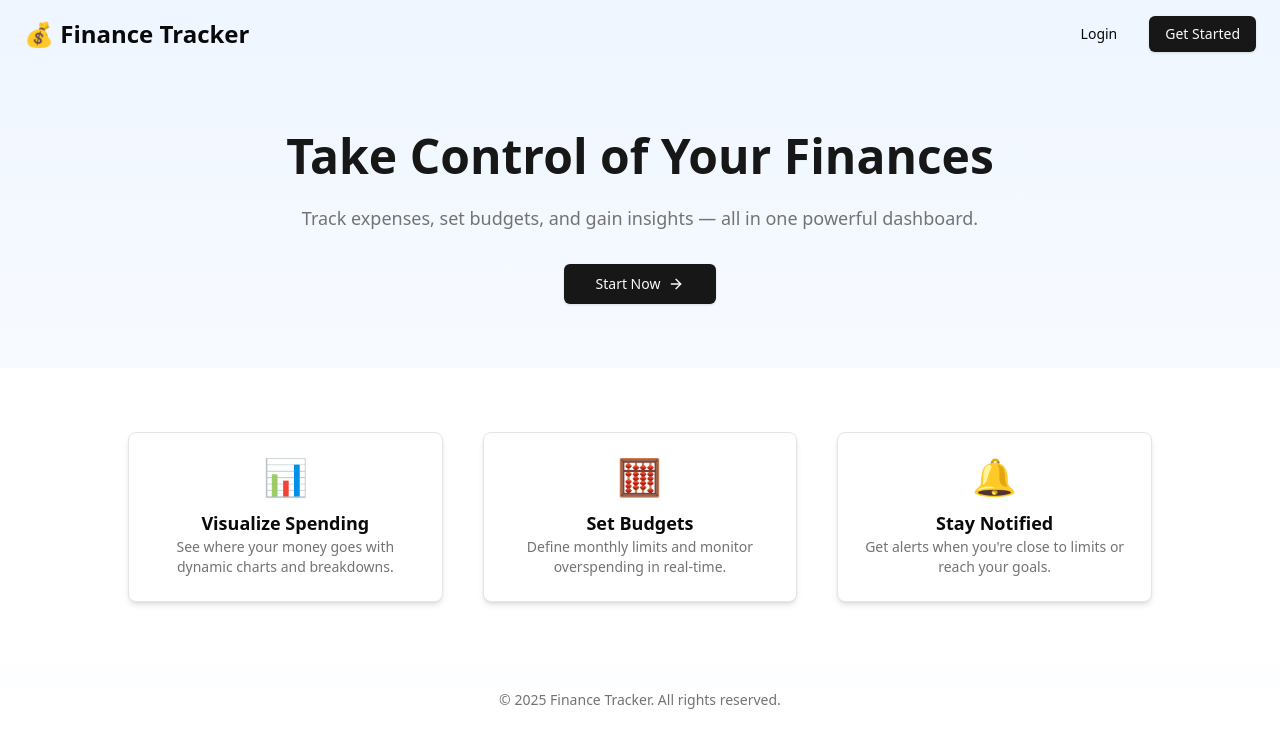
Repository: ruthvik-mt/Trackifi
Page: / (app in frontend/)
These files come from the project's save history. The page is drawn as it stood at one moment and after the next save; the edit follows.
The browser window is 1280 px wide. The pictures show the whole page.
The project was rebuilt for these pictures with package versions that can differ from the ones it lists, and the page was loaded fresh each time. Also part of the build but not shown: frontend/vite.config.ts, frontend/src/hooks/useAuth.ts, frontend/src/pages/Auth/Login.tsx, frontend/src/pages/Auth/Register.tsx, frontend/src/components/Sidebar.tsx, frontend/src/components/Navbar.tsx, frontend/src/pages/Dashboard/Layout.tsx, frontend/src/pages/Dashboard/Dashboard.tsx and 19 more.

Above is the page before, as saved 2025-07-14 14:43:44.

### frontend/index.html
<!DOCTYPE html>
<html lang="en">
  <head>
    <meta charset="UTF-8" />
    <title>Finance Tracker</title>
  </head>
  <body>
    <div id="root"></div>
    <script type="module" src="/src/main.tsx"></script>
  </body>
</html>

### frontend/src/main.tsx
// import React from "react";
// import ReactDOM from "react-dom/client";
// import App from "./App";
// import "./tailwind.css";

// import { BrowserRouter as Router } from "react-router-dom";
// import { AuthProvider } from "./context/AuthProvider";

// ReactDOM.createRoot(document.getElementById("root")!).render(
//   <React.StrictMode>
//     <Router>
//       <AuthProvider>
//         <App />
//       </AuthProvider>
//     </Router>
//   </React.StrictMode>
// );

import React from "react";
import ReactDOM from "react-dom/client";
import App from "./App";
import "./tailwind.css";
import { AuthProvider } from "./context/AuthProvider";
import { BrowserRouter as Router } from "react-router-dom"; // ✅ Add this

ReactDOM.createRoot(document.getElementById("root")!).render(
  <React.StrictMode>
    <Router> {/* ✅ Wrap everything with Router */}
      <AuthProvider>
        <App />
      </AuthProvider>
    </Router>
  </React.StrictMode>
);

### frontend/src/App.tsx
import { Routes, Route, Navigate } from "react-router-dom";
import Login from "./pages/Auth/Login";
import Register from "./pages/Auth/Register";
import Dashboard from "./pages/Dashboard/Dashboard";
import CategoryList from "./pages/Categories/CategoryList";
import TransactionList from "./pages/Transactions/TransactionList";
import BudgetList from "./pages/Budgets/BudgetList";
import MonthlyTotal from "./pages/Insights/MonthlyTotal";
import CategoryBreakdown from "./pages/Insights/CategoryBreakdown";
import BudgetComparison from "./pages/Insights/BudgetComparison";
import ProtectedRoute from "./components/ProtectedRoute";
import LandingPage from "./pages/LandingPage"; // ✅ Add this import

export default function App() {
  return (
    <Routes>
      {/* Landing Page */}
      <Route path="/" element={<LandingPage />} /> {/* ✅ New route */}

      {/* Auth Routes */}
      <Route path="/login" element={<Login />} />
      <Route path="/register" element={<Register />} />

      {/* Protected Routes */}
      <Route
        path="/dashboard"
        element={
          <ProtectedRoute>
            <Dashboard />
          </ProtectedRoute>
        }
      />
      <Route
        path="/categories"
        element={
          <ProtectedRoute>
            <CategoryList />
          </ProtectedRoute>
        }
      />
      <Route
        path="/transactions"
        element={
          <ProtectedRoute>
            <TransactionList />
          </ProtectedRoute>
        }
      />
      <Route
        path="/budgets"
        element={
          <ProtectedRoute>
            <BudgetList />
          </ProtectedRoute>
        }
      />
      <Route
        path="/insights/monthly-total"
        element={
          <ProtectedRoute>
            <MonthlyTotal />
          </ProtectedRoute>
        }
      />
      <Route
        path="/insights/category-breakdown"
        element={
          <ProtectedRoute>
            <CategoryBreakdown />
          </ProtectedRoute>
        }
      />
      <Route
        path="/insights/budget-comparison"
        element={
          <ProtectedRoute>
            <BudgetComparison />
          </ProtectedRoute>
        }
      />

      {/* Fallback Route */}
      <Route path="*" element={<Navigate to="/" />} /> {/* ✅ Updated from "/login" to "/" */}
    </Routes>
  );
}

### frontend/src/tailwind.css
@tailwind base;
@tailwind components;
@tailwind utilities;

@layer base {
  :root {
    --background: 0 0% 100%;
    --foreground: 0 0% 3.9%;
    --card: 0 0% 100%;
    --card-foreground: 0 0% 3.9%;
    --popover: 0 0% 100%;
    --popover-foreground: 0 0% 3.9%;
    --primary: 0 0% 9%;
    --primary-foreground: 0 0% 98%;
    --secondary: 0 0% 96.1%;
    --secondary-foreground: 0 0% 9%;
    --muted: 0 0% 96.1%;
    --muted-foreground: 0 0% 45.1%;
    --accent: 0 0% 96.1%;
    --accent-foreground: 0 0% 9%;
    --destructive: 0 84.2% 60.2%;
    --destructive-foreground: 0 0% 98%;
    --border: 0 0% 89.8%;
    --input: 0 0% 89.8%;
    --ring: 0 0% 3.9%;
    --chart-1: 12 76% 61%;
    --chart-2: 173 58% 39%;
    --chart-3: 197 37% 24%;
    --chart-4: 43 74% 66%;
    --chart-5: 27 87% 67%;
    --radius: 0.5rem;
  }

  .dark {
    --background: 0 0% 3.9%;
    --foreground: 0 0% 98%;
    --card: 0 0% 3.9%;
    --card-foreground: 0 0% 98%;
    --popover: 0 0% 3.9%;
    --popover-foreground: 0 0% 98%;
    --primary: 0 0% 98%;
    --primary-foreground: 0 0% 9%;
    --secondary: 0 0% 14.9%;
    --secondary-foreground: 0 0% 98%;
    --muted: 0 0% 14.9%;
    --muted-foreground: 0 0% 63.9%;
    --accent: 0 0% 14.9%;
    --accent-foreground: 0 0% 98%;
    --destructive: 0 62.8% 30.6%;
    --destructive-foreground: 0 0% 98%;
    --border: 0 0% 14.9%;
    --input: 0 0% 14.9%;
    --ring: 0 0% 83.1%;
    --chart-1: 220 70% 50%;
    --chart-2: 160 60% 45%;
    --chart-3: 30 80% 55%;
    --chart-4: 280 65% 60%;
    --chart-5: 340 75% 55%;
  }
}

@layer base {
  * {
    @apply border-border;
  }

  html, body {
    @apply bg-background text-foreground antialiased;
    min-height: 100%;
  }
}

### frontend/src/context/AuthProvider.tsx
// import { ReactNode, useCallback, useEffect, useState } from "react";
// import { AuthContext } from "./AuthContext";
// import { User } from "@/types/Auth";
// import { getCurrentUser } from "@/api/user";
// import { useNavigate } from "react-router-dom";

// interface Props {
//   children: ReactNode;
// }

// export const AuthProvider = ({ children }: Props) => {
//   const [token, setToken] = useState<string | null>(() =>
//     localStorage.getItem("token")
//   );
//   const [user, setUser] = useState<User | null>(null);
//   const navigate = useNavigate();

//   const logout = useCallback(() => {
//     localStorage.removeItem("token");
//     setToken(null);
//     setUser(null);
//     navigate("/login");
//   }, [navigate]);

//   const fetchUser = useCallback(async () => {
//     try {
//       const userData = await getCurrentUser();
//       setUser(userData);
//     } catch (err) {
//       console.error("Failed to fetch user:", err);
//       logout();
//     }
//   }, [logout]);

//   const login = useCallback(
//     (newToken: string) => {
//       localStorage.setItem("token", newToken);
//       setToken(newToken);
//       fetchUser();
//     },
//     [fetchUser]
//   );

//   useEffect(() => {
//     if (token) {
//       fetchUser();
//     }
//   }, [token, fetchUser]);

//   return (
//     <AuthContext.Provider value={{ token, user, login, logout }}>
//       {children}
//     </AuthContext.Provider>
//   );
// };

import { useState, useEffect } from "react";
import { AuthContext } from "./AuthContext";
import axios from "../axios";

export const AuthProvider = ({ children }: { children: React.ReactNode }) => {
  const [token, setToken] = useState<string | null>(() => localStorage.getItem("token"));

  // Set Authorization header on load (if token exists)
  useEffect(() => {
    if (token) {
      axios.defaults.headers.common["Authorization"] = `Bearer ${token}`;
    }
  }, [token]);

  const login = async (email: string, password: string) => {
    const res = await axios.post("/api/auth/login", { email, password });
    const jwt = res.data.token;

    setToken(jwt);
    localStorage.setItem("token", jwt);
    axios.defaults.headers.common["Authorization"] = `Bearer ${jwt}`; // ✅ set globally
  };

  const logout = () => {
    setToken(null);
    localStorage.removeItem("token");
    delete axios.defaults.headers.common["Authorization"]; // ✅ remove on logout
  };

  return (
    <AuthContext.Provider value={{ token, login, logout }}>
      {children}
    </AuthContext.Provider>
  );
};

### frontend/src/pages/LandingPage.tsx
import { Link } from "react-router-dom";
import { Button } from "@/components/ui/button";
import { motion } from "framer-motion";
import { ArrowRight } from "lucide-react";

export default function LandingPage() {
  return (
    <div className="min-h-screen bg-gradient-to-b from-blue-50 to-white dark:from-gray-900 dark:to-gray-950 text-foreground">
      {/* Navbar */}
      <header className="flex justify-between items-center px-6 py-4">
        <h1 className="text-2xl font-bold">💰 Finance Tracker</h1>
        <div className="space-x-4">
          <Link to="/login">
            <Button variant="ghost">Login</Button>
          </Link>
          <Link to="/register">
            <Button>Get Started</Button>
          </Link>
        </div>
      </header>

      {/* Hero Section */}
      <motion.section
        className="text-center max-w-3xl mx-auto px-4 py-16"
        initial={{ opacity: 0, y: 30 }}
        animate={{ opacity: 1, y: 0 }}
        transition={{ duration: 0.6 }}
      >
        <h2 className="text-4xl md:text-5xl font-bold mb-6 text-primary">
          Take Control of Your Finances
        </h2>
        <p className="text-muted-foreground text-lg mb-8">
          Track expenses, set budgets, and gain insights — all in one powerful dashboard.
        </p>
        <Link to="/register">
          <Button size="lg" className="gap-2">
            Start Now <ArrowRight className="w-5 h-5" />
          </Button>
        </Link>
      </motion.section>

      {/* Features */}
      <section className="bg-card text-card-foreground py-16 px-6">
        <div className="max-w-5xl mx-auto grid gap-10 md:grid-cols-3 text-center">
          {[
            {
              icon: "📊",
              title: "Visualize Spending",
              desc: "See where your money goes with dynamic charts and breakdowns.",
            },
            {
              icon: "🧮",
              title: "Set Budgets",
              desc: "Define monthly limits and monitor overspending in real-time.",
            },
            {
              icon: "🔔",
              title: "Stay Notified",
              desc: "Get alerts when you're close to limits or reach your goals.",
            },
          ].map(({ icon, title, desc }) => (
            <motion.div
              key={title}
              className="p-6 rounded-lg shadow-md bg-white dark:bg-gray-900 border"
              whileHover={{ scale: 1.05 }}
              transition={{ duration: 0.3 }}
            >
              <div className="text-4xl mb-3">{icon}</div>
              <h3 className="font-semibold text-lg">{title}</h3>
              <p className="text-sm text-muted-foreground">{desc}</p>
            </motion.div>
          ))}
        </div>
      </section>

      {/* Footer */}
      <footer className="text-center py-6 text-sm text-muted-foreground">
        © {new Date().getFullYear()} Finance Tracker. All rights reserved.
      </footer>
    </div>
  );
}

### frontend/src/context/AuthContext.tsx
// import { createContext } from "react";
// import { User } from "@/types/Auth";

// export interface AuthContextType {
//   token: string | null;
//   user: User | null;
//   login: (token: string) => void;
//   logout: () => void;
// }

// export const AuthContext = createContext<AuthContextType>({
//   token: null,
//   user: null,
//   login: () => {},
//   logout: () => {},
// });

// src/context/AuthContext.ts
import { createContext } from "react";

export interface AuthContextType {
  token: string | null;
  login: (email: string, password: string) => Promise<void>;
  logout: () => void;
}

export const AuthContext = createContext<AuthContextType>(
  {} as AuthContextType // ✅ Safe for use without null-checks
);

### frontend/src/axios.ts
// // src/axios.ts
// import axios from "axios";

// const axiosInstance = axios.create({
//   baseURL: "http://localhost:8080/api",
// });

// axiosInstance.interceptors.request.use((config) => {
//   const token = localStorage.getItem("token");
//   if (token && config.headers) {
//     config.headers.Authorization = `Bearer ${token}`;
//   }
//   return config;
// });

// export default axiosInstance;

// src/axios.ts
// src/axios.ts
import axios from "axios";

const instance = axios.create({
  baseURL: "", // <-- frontend sends /api/... and Vite handles the proxy
  headers: {
    "Content-Type": "application/json",
  },
});

instance.interceptors.request.use((config) => {
  const token = localStorage.getItem("token");
  if (token) {
    config.headers = config.headers || {};
    config.headers["Authorization"] = `Bearer ${token}`;
  }
  return config;
});

export default instance;

### frontend/src/components/ui/button.tsx
import * as React from "react"
import { Slot } from "@radix-ui/react-slot"
import { cva, type VariantProps } from "class-variance-authority"

import { cn } from "@/lib/utils"

const buttonVariants = cva(
  "inline-flex items-center justify-center gap-2 whitespace-nowrap rounded-md text-sm font-medium transition-colors focus-visible:outline-none focus-visible:ring-1 focus-visible:ring-ring disabled:pointer-events-none disabled:opacity-50 [&_svg]:pointer-events-none [&_svg]:size-4 [&_svg]:shrink-0",
  {
    variants: {
      variant: {
        default:
          "bg-primary text-primary-foreground shadow hover:bg-primary/90",
        destructive:
          "bg-destructive text-destructive-foreground shadow-sm hover:bg-destructive/90",
        outline:
          "border border-input bg-background shadow-sm hover:bg-accent hover:text-accent-foreground",
        secondary:
          "bg-secondary text-secondary-foreground shadow-sm hover:bg-secondary/80",
        ghost: "hover:bg-accent hover:text-accent-foreground",
        link: "text-primary underline-offset-4 hover:underline",
      },
      size: {
        default: "h-9 px-4 py-2",
        sm: "h-8 rounded-md px-3 text-xs",
        lg: "h-10 rounded-md px-8",
        icon: "h-9 w-9",
      },
    },
    defaultVariants: {
      variant: "default",
      size: "default",
    },
  }
)

export interface ButtonProps
  extends React.ButtonHTMLAttributes<HTMLButtonElement>,
    VariantProps<typeof buttonVariants> {
  asChild?: boolean
}

const Button = React.forwardRef<HTMLButtonElement, ButtonProps>(
  ({ className, variant, size, asChild = false, ...props }, ref) => {
    const Comp = asChild ? Slot : "button"
    return (
      <Comp
        className={cn(buttonVariants({ variant, size, className }))}
        ref={ref}
        {...props}
      />
    )
  }
)
Button.displayName = "Button"

export { Button, buttonVariants }

### frontend/tailwind.config.js
/** @type {import('tailwindcss').Config} */
module.exports = {
  darkMode: ["class"],

  content: [
    "./index.html",
    "./src/**/*.{js,ts,jsx,tsx}",
  ],

  theme: {
    container: {
      center: true,
      padding: "1rem",
      screens: {
        sm: "100%",
        md: "768px",
        lg: "1024px",
        xl: "1280px",
      },
    },

    extend: {
      borderRadius: {
        lg: 'var(--radius)',
        md: 'calc(var(--radius) - 2px)',
        sm: 'calc(var(--radius) - 4px)',
      },
      colors: {
        background: 'hsl(var(--background) / <alpha-value>)',
        foreground: 'hsl(var(--foreground) / <alpha-value>)',
        card: {
          DEFAULT: 'hsl(var(--card) / <alpha-value>)',
          foreground: 'hsl(var(--card-foreground) / <alpha-value>)'
        },
        popover: {
          DEFAULT: 'hsl(var(--popover) / <alpha-value>)',
          foreground: 'hsl(var(--popover-foreground) / <alpha-value>)'
        },
        primary: {
          DEFAULT: 'hsl(var(--primary) / <alpha-value>)',
          foreground: 'hsl(var(--primary-foreground) / <alpha-value>)'
        },
        secondary: {
          DEFAULT: 'hsl(var(--secondary) / <alpha-value>)',
          foreground: 'hsl(var(--secondary-foreground) / <alpha-value>)'
        },
        muted: {
          DEFAULT: 'hsl(var(--muted) / <alpha-value>)',
          foreground: 'hsl(var(--muted-foreground) / <alpha-value>)'
        },
        accent: {
          DEFAULT: 'hsl(var(--accent) / <alpha-value>)',
          foreground: 'hsl(var(--accent-foreground) / <alpha-value>)'
        },
        destructive: {
          DEFAULT: 'hsl(var(--destructive) / <alpha-value>)',
          foreground: 'hsl(var(--destructive-foreground) / <alpha-value>)'
        },
        border: 'hsl(var(--border) / <alpha-value>)',
        input: 'hsl(var(--input) / <alpha-value>)',
        ring: 'hsl(var(--ring) / <alpha-value>)',
        chart: {
          '1': 'hsl(var(--chart-1) / <alpha-value>)',
          '2': 'hsl(var(--chart-2) / <alpha-value>)',
          '3': 'hsl(var(--chart-3) / <alpha-value>)',
          '4': 'hsl(var(--chart-4) / <alpha-value>)',
          '5': 'hsl(var(--chart-5) / <alpha-value>)'
        }
      },
      screens: {
        xs: "480px",
        sm: "640px",
        md: "768px",
        lg: "1024px",
        xl: "1280px",
        "2xl": "1536px"
      }
    }
  },

  plugins: [
    require("tailwindcss-animate"),
    require("@tailwindcss/forms"),
    require("@tailwindcss/typography"),
  ],
};

Loaded but not shown: frontend/src/lib/utils.ts (common file)

After the next save:
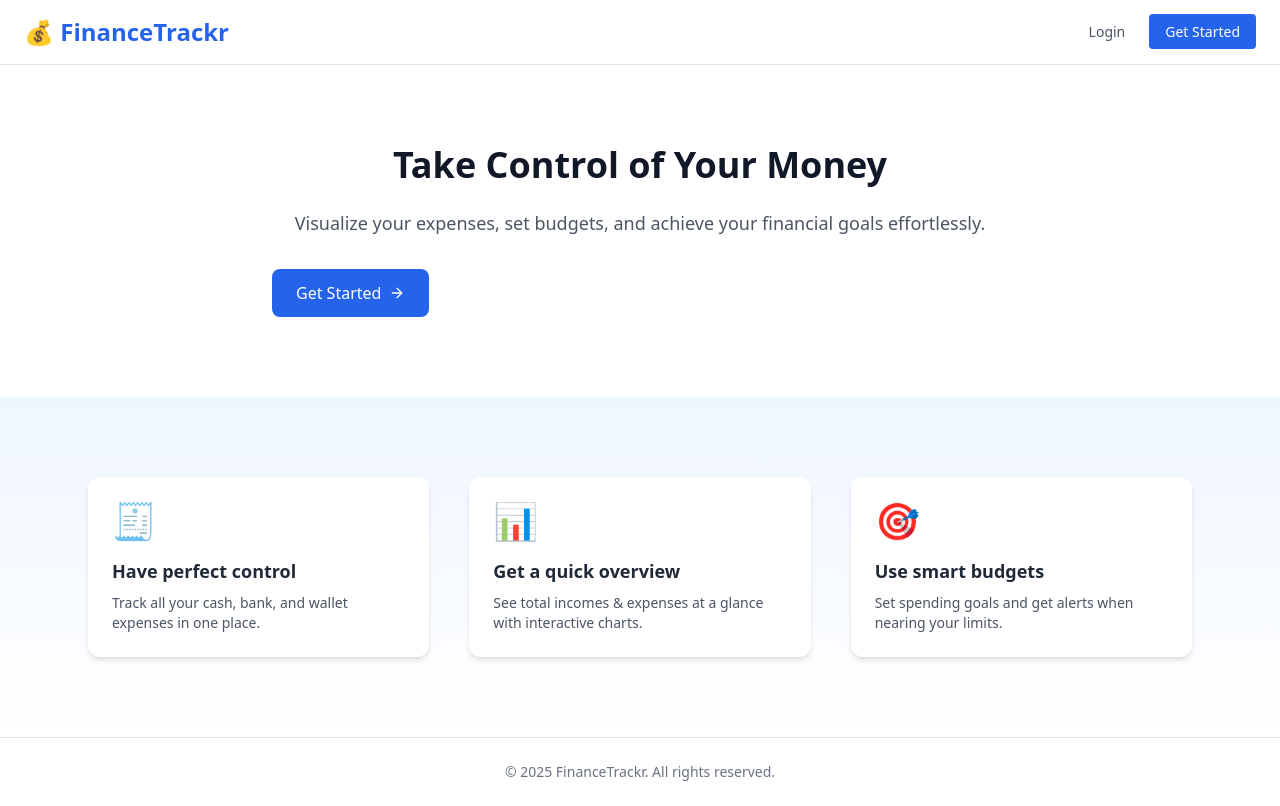
Saved 2 min 12 s later.
--- a/frontend/src/pages/LandingPage.tsx
+++ b/frontend/src/pages/LandingPage.tsx
@@ -1,81 +1,75 @@
+// src/pages/LandingPage.tsx
 import { Link } from "react-router-dom";
-import { Button } from "@/components/ui/button";
 import { motion } from "framer-motion";
 import { ArrowRight } from "lucide-react";
 
 export default function LandingPage() {
   return (
-    <div className="min-h-screen bg-gradient-to-b from-blue-50 to-white dark:from-gray-900 dark:to-gray-950 text-foreground">
+    <div className="min-h-screen bg-white text-gray-800">
       {/* Navbar */}
-      <header className="flex justify-between items-center px-6 py-4">
-        <h1 className="text-2xl font-bold">💰 Finance Tracker</h1>
-        <div className="space-x-4">
-          <Link to="/login">
-            <Button variant="ghost">Login</Button>
-          </Link>
-          <Link to="/register">
-            <Button>Get Started</Button>
-          </Link>
-        </div>
+      <header className="flex justify-between items-center px-6 py-4 border-b">
+        <h1 className="text-2xl font-bold text-blue-600">💰 FinanceTrackr</h1>
+        <nav className="space-x-6 text-sm font-medium">
+          <Link to="/login" className="text-gray-600 hover:text-blue-600">Login</Link>
+          <Link to="/register" className="bg-blue-600 text-white py-2 px-4 rounded hover:bg-blue-700 transition">Get Started</Link>
+        </nav>
       </header>
 
-      {/* Hero Section */}
+      {/* Hero */}
       <motion.section
-        className="text-center max-w-3xl mx-auto px-4 py-16"
+        className="text-center max-w-3xl mx-auto px-4 py-20"
         initial={{ opacity: 0, y: 30 }}
         animate={{ opacity: 1, y: 0 }}
         transition={{ duration: 0.6 }}
       >
-        <h2 className="text-4xl md:text-5xl font-bold mb-6 text-primary">
-          Take Control of Your Finances
+        <h2 className="text-4xl font-bold mb-6 text-gray-900">
+          Take Control of Your Money
         </h2>
-        <p className="text-muted-foreground text-lg mb-8">
-          Track expenses, set budgets, and gain insights — all in one powerful dashboard.
+        <p className="text-gray-600 text-lg mb-8">
+          Visualize your expenses, set budgets, and achieve your financial goals effortlessly.
         </p>
         <Link to="/register">
-          <Button size="lg" className="gap-2">
-            Start Now <ArrowRight className="w-5 h-5" />
-          </Button>
+          <button className="bg-blue-600 text-white py-3 px-6 rounded-lg flex items-center justify-center gap-2 hover:bg-blue-700 transition">
+            Get Started <ArrowRight className="w-4 h-4" />
+          </button>
         </Link>
       </motion.section>
 
       {/* Features */}
-      <section className="bg-card text-card-foreground py-16 px-6">
-        <div className="max-w-5xl mx-auto grid gap-10 md:grid-cols-3 text-center">
+      <section className="py-20 bg-gradient-to-b from-blue-50 to-white">
+        <div className="max-w-6xl mx-auto grid md:grid-cols-3 gap-10 px-6">
           {[
             {
-              icon: "📊",
-              title: "Visualize Spending",
-              desc: "See where your money goes with dynamic charts and breakdowns.",
+              icon: "🧾",
+              title: "Have perfect control",
+              desc: "Track all your cash, bank, and wallet expenses in one place.",
             },
             {
-              icon: "🧮",
-              title: "Set Budgets",
-              desc: "Define monthly limits and monitor overspending in real-time.",
+              icon: "📊",
+              title: "Get a quick overview",
+              desc: "See total incomes & expenses at a glance with interactive charts.",
             },
             {
-              icon: "🔔",
-              title: "Stay Notified",
-              desc: "Get alerts when you're close to limits or reach your goals.",
+              icon: "🎯",
+              title: "Use smart budgets",
+              desc: "Set spending goals and get alerts when nearing your limits.",
             },
-          ].map(({ icon, title, desc }) => (
-            <motion.div
-              key={title}
-              className="p-6 rounded-lg shadow-md bg-white dark:bg-gray-900 border"
-              whileHover={{ scale: 1.05 }}
-              transition={{ duration: 0.3 }}
+          ].map((f) => (
+            <div
+              key={f.title}
+              className="bg-white p-6 rounded-xl shadow-md hover:shadow-lg transition"
             >
-              <div className="text-4xl mb-3">{icon}</div>
-              <h3 className="font-semibold text-lg">{title}</h3>
-              <p className="text-sm text-muted-foreground">{desc}</p>
-            </motion.div>
+              <div className="text-4xl mb-4">{f.icon}</div>
+              <h3 className="font-semibold text-lg mb-2">{f.title}</h3>
+              <p className="text-sm text-gray-600">{f.desc}</p>
+            </div>
           ))}
         </div>
       </section>
 
       {/* Footer */}
-      <footer className="text-center py-6 text-sm text-muted-foreground">
-        © {new Date().getFullYear()} Finance Tracker. All rights reserved.
+      <footer className="text-center text-sm text-gray-500 py-6 border-t">
+        © {new Date().getFullYear()} FinanceTrackr. All rights reserved.
       </footer>
     </div>
   );
